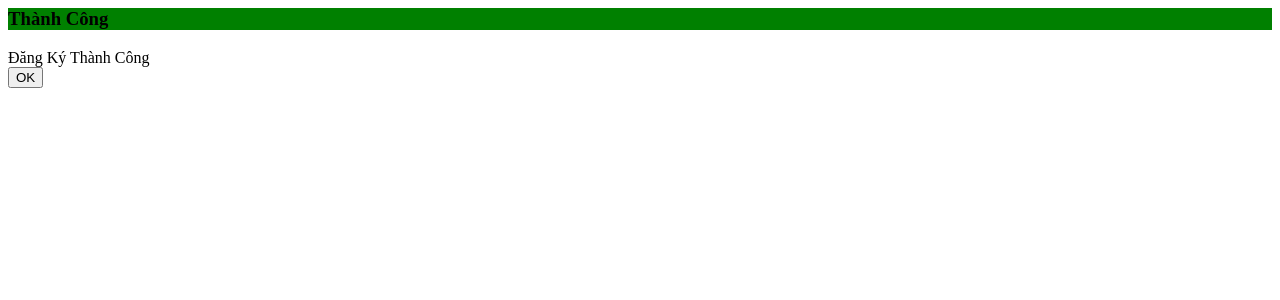
Repository: chickenoken/LuanAn
Page: http://localhost/net/ThanhCong
The author's editor kept a copy of each file at every save. The page is drawn from the files as they stood at one save, then again after the next save.
The browser window is 1280 px wide. The pictures show the whole page.
The page is served by Tomcat 9.

Above is the page before, as saved 2019-06-17 10:06:07.

After the next save:
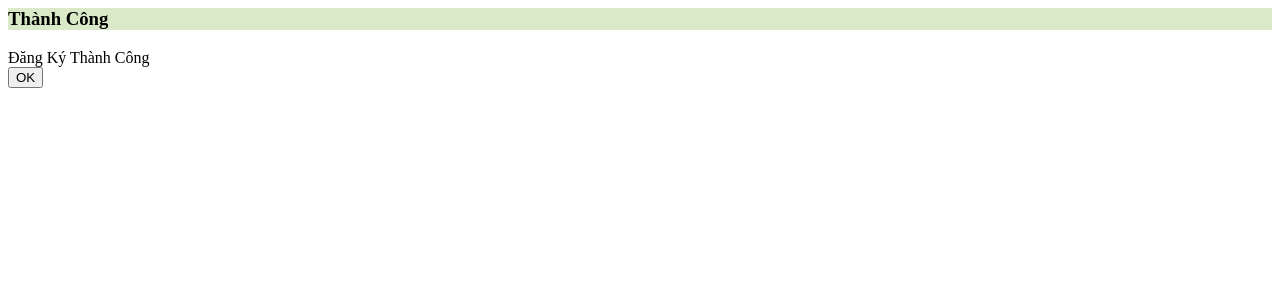
Saved 28 s later.
--- a/net/src/main/webapp/WEB-INF/pages/ThanhCong.jsp
+++ b/net/src/main/webapp/WEB-INF/pages/ThanhCong.jsp
@@ -1,7 +1,7 @@
 <%@ page language="java" contentType="text/html; charset=UTF-8"
   pageEncoding="UTF-8"%>
 <%@taglib prefix="c" uri="http://java.sun.com/jsp/jstl/core"%>
-<div class="modal-header" style="background-color: green;">
+<div class="modal-header" style="background-color: hsla(89, 43%, 51%, 0.3);">
   <h3>Thành Công</h3>
 </div>
 <div class="modal-body">
